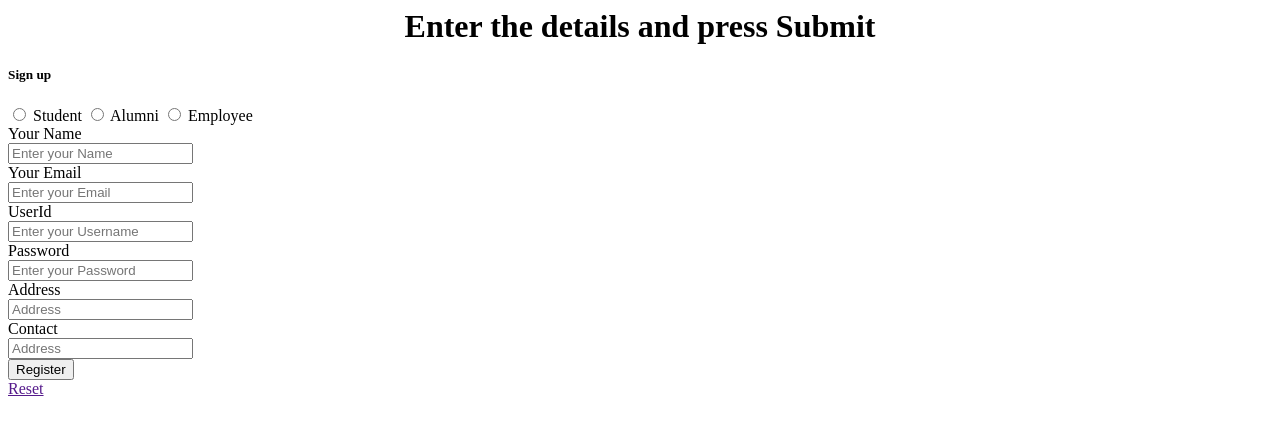
Repository: Abinayasivapraba/Project2
Page: ChatZoneFE/WebContent/User/Register.html
An editor plug-in stored every save of this project. The page is shown before and after the next save, followed by the edit.
The browser window is 1280 px wide. The pictures show the whole page.

Above is the page before, as saved 2017-05-14 11:14:48.

### ChatZoneFE/WebContent/User/Register.html
<!-- <div ng-controller="UserController as ctrl">
<center><h1>Enter the details and press Submit</h1></center>
<center>
<div class="formcontainer">
<form ng-submit="ctrl.submit()" name="myForm" class="form-horizontal">
Id: <input type="text" ng-model="ctrl.user.id"/><br>
Name :<input type="text" ng-model="ctrl.user.name" /><br>
Password :<input type="text" ng-model="ctrl.user.password" /><br>
Email :<input type="text" ng-model="ctrl.user.email" /><br>
Contact:<input type="text" ng-model="ctrl.user.contact" /><br>
Address :<input type="text" ng-model="ctrl.user.address" /><br>
Role:<input type="text" ng-model="ctrl.user.role" /><br>

<input type="submit" value="Submit">
<button type="button" ng-click="ctrl.reset()">Reset</button>
</form>
</center>
</div>
</div>
   -->
<div ng-controller="UserController as ctrl">
<div class="container">
	<div class="row">
<center><h1>Enter the details and press Submit</h1></center>
</div>
</div>
   <div class="formcontainer">
			<div class="row main">
				<div class="main-login main-center">
				<h5>Sign up </h5>
					<form ng-submit="ctrl.submit()" name="myForm" class="form-horizontal">

					<div class="container">
							<div class="radio">
								<label class="radio-inline"> <input type="radio"
									name="role" value="student" ng-model="ctrl.user.role">
									Student
								</label> <label class="radio-inline"> <input type="radio"
									name="role" value="alumni" ng-model="ctrl.user.role">
									Alumni
								</label> <label class="radio-inline"> <input type="radio"
									name="role" value="employee" ng-model="ctrl.user.role">
									Employee
								</label>
							</div>


						</div>



						<div class="form-group">
							<label for="name" class="cols-sm-2 control-label">Your Name</label>
							<div class="cols-sm-4">
								<div class="input-group">
									<span class="input-group-addon"><i class="fa fa-user fa" aria-hidden="true"></i></span>
									<input type="text" class="form-control" name="name" id="name" ng-model="ctrl.user.name"  placeholder="Enter your Name"/>
								</div>
							</div>
						</div>

						<div class="form-group">
							<label for="email" class="cols-sm-2 control-label">Your Email</label>
							<div class="cols-sm-4">
								<div class="input-group">
									<span class="input-group-addon"><i class="fa fa-envelope fa" aria-hidden="true"></i></span>
									<input type="text" class="form-control" name="email" id="email" ng-model="ctrl.user.email"  placeholder="Enter your Email"/>
								</div>
							</div>
						</div>

						<div class="form-group">
							<label for="username" class="cols-sm-2 control-label">UserId</label>
							<div class="cols-sm-4">
								<div class="input-group">
									<span class="input-group-addon"><i class="fa fa-users fa" aria-hidden="true"></i></span>
									<input type="text" class="form-control" name="id" id="id" ng-model="ctrl.user.id"  placeholder="Enter your Username"/>
								</div>
							</div>
						</div>

						<div class="form-group">
							<label for="password" class="cols-sm-2 control-label">Password</label>
							<div class="cols-sm-4">
								<div class="input-group">
									<span class="input-group-addon"><i class="fa fa-lock fa-lg" aria-hidden="true"></i></span>
									<input type="password" class="form-control" name="password" id="password" ng-model="ctrl.user.password"  placeholder="Enter your Password"/>
								</div>
							</div>
						</div>

						<div class="form-group">
							<label for="confirm" class="cols-sm-2 control-label">Address</label>
							<div class="cols-sm-4">
								<div class="input-group">
									<span class="input-group-addon"><i class="fa fa-lock fa-lg" aria-hidden="true"></i></span>
									<input type="password" class="form-control" name="address" id="address"ng-model="ctrl.user.address"  placeholder="Address"/>
								</div>
							</div>
						</div>

						<div class="form-group">
							<label for="confirm" class="cols-sm-2 control-label">Contact</label>
							<div class="cols-sm-4">
								<div class="input-group">
									<span class="input-group-addon"><i class="fa fa-lock fa-lg" aria-hidden="true"></i></span>
									<input type="password" class="form-control" name="contact" id="contact" ng-model="ctrl.user.contact"  placeholder="Address"/>
								</div>
							</div>
						</div>




						<input type="submit" class="btn btn-lg btn-success btn-success" value="Register">

					<div class="col-xs-6 col-sm-6 col-md-6">
						<a href="" class="btn btn-lg btn-primary btn-block">Reset</a>


					</form>
				</div>
			</div>
		</div>

After the next save:
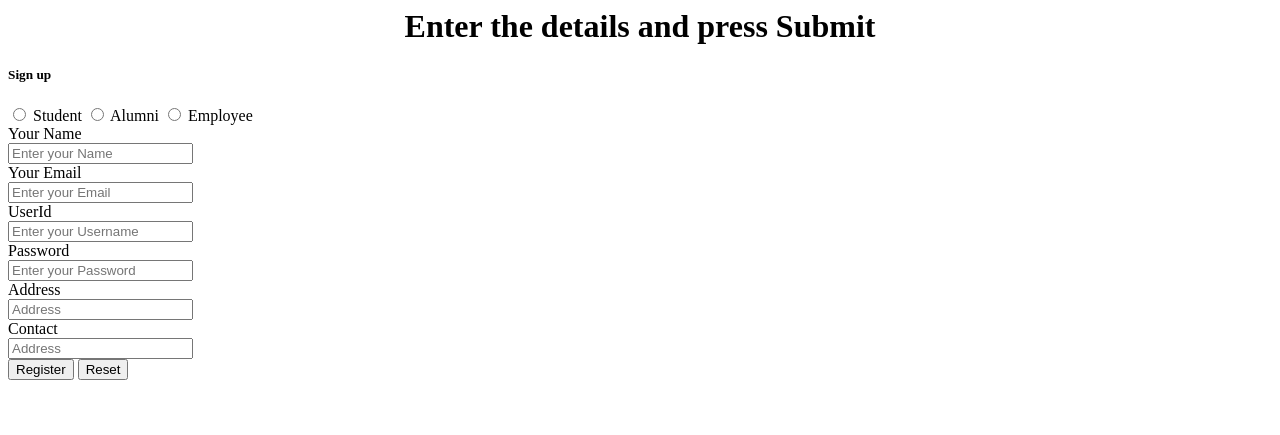
Saved 70 s later.
--- a/ChatZoneFE/WebContent/User/Register.html
+++ b/ChatZoneFE/WebContent/User/Register.html
@@ -114,8 +114,9 @@ Role:<input type="text" ng-model="ctrl.user.role" /><br>
 
 						<input type="submit" class="btn btn-lg btn-success btn-success" value="Register">
 
-					<div class="col-xs-6 col-sm-6 col-md-6">
-						<a href="" class="btn btn-lg btn-primary btn-block">Reset</a>
+						<input type="reset" class="btn btn-lg btn-success btn-log" value="Reset">
+
+
 
 
 					</form>
